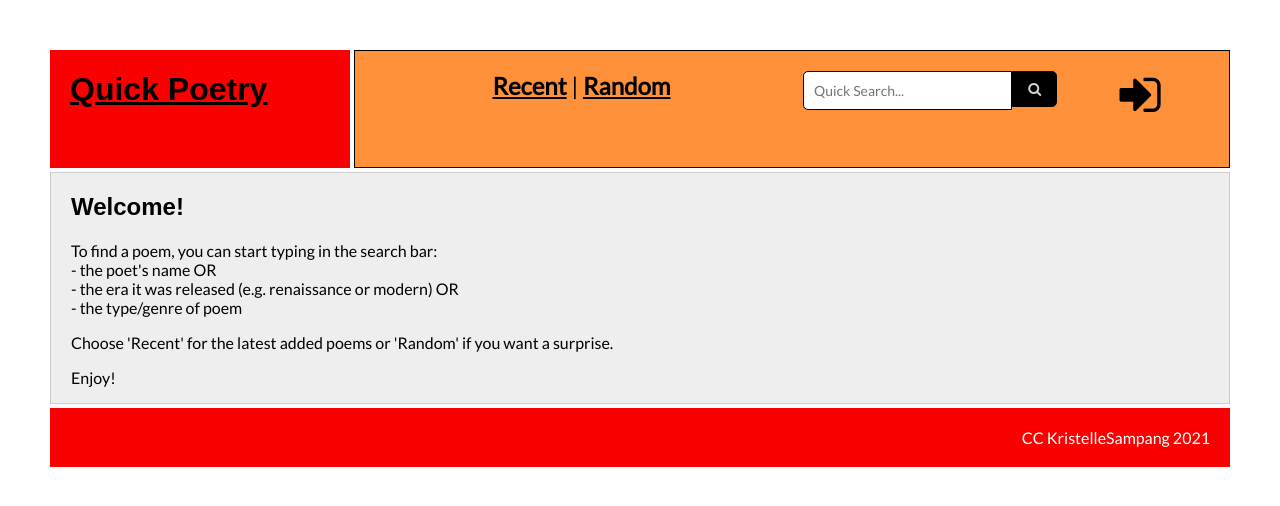
Repository: sampangk71280/Poetry_DB
Page: http://localhost/index.php?page=home
The author's editor kept a copy of each file at every save. The page is drawn from the files as they stood at one save, then again after the next save.
The browser window is 1280 px wide. The pictures show the whole page.
The pointer rests on the first visible `input[type="submit"]`.
Some web fonts or font styles are not loaded; a fallback is used. The page is run by PHP 8.4 with error messages shown; the project is at /var/www/html/.

Above is the page before, as saved 2021-12-07 13:58:56.

### index.php
<!DOCTYPE HTML>

<?php

session_start();
include("config.php");
include("functions.php");

// connect to database
$dbconnect=mysqli_connect(DB_HOST,DB_USERNAME,DB_PASSWORD, DB_NAME);

if(mysqli_connect_errno()){
    echo "Connection failed:".mysqli_connect_error();
    exit;
}

?>


<html lang="en">

<?php include("content/head.php"); ?>

<body>

    <div class="wrapper">

            <?php include("content/heading_navigation.php") ?>

        <div class="box main">

                <?php

                if(!isset($_REQUEST['page'])) {
                    include("content/home.php");
                } // end of if includes home page

                else {
                    // prevents users from navigating through file system
                    $page=preg_replace('/[^0-9a-zA-Z]-/', '', $_REQUEST['page']);
                    include("content/$page.php");

                } // end of else that includes requested content

                ?>

        </div>    <!-- / main -->

        <?php include("content/footer.php"); ?>

    </div>  <!-- / wrapper  -->

</body>

### config.php
<?php

ini_set('display_errors', 'On');  // change to 'Off' when live

define ("DB_NAME","sampangk71280_L3_Poetry");
define ("DB_USERNAME","_sampangk71280");
define ("DB_PASSWORD","QANbMDYSVME7gpyR");
define ("DB_HOST","localhost");

?>

### functions.php
<?php

// function to 'clean' data
function test_input($data) {
	$data = trim($data);
	$data = htmlspecialchars($data); //  needed for correct special character rendering
	return $data;
}


// entity is subject, country, occupation etc
function autocomplete_list($dbconnect, $item_sql, $entity)
{
// Get entity / topic list from database
$all_items_query = mysqli_query($dbconnect, $item_sql);
$all_items_rs = mysqli_fetch_assoc($all_items_query);

// Make item arrays for autocomplete functionality...
while($row=mysqli_fetch_array($all_items_query))
{
  $item=$row[$entity];
  $items[] = $item;
}

$all_items=json_encode($items);
return $all_items;

}


// function to get subject, country & career ID's
function get_ID($dbconnect, $table_name, $column_ID, $column_name, $entity)
{

    if($entity=="")
    {
        return 0;
    }


    // get entity ID if it exists
    $findid_sql = "SELECT * FROM $table_name WHERE $column_name LIKE '$entity'";
    $findid_query = mysqli_query($dbconnect, $findid_sql);
    $findid_rs = mysqli_fetch_assoc($findid_query);
    $findid_count=mysqli_num_rows($findid_query);

    // If subject ID does exists, return it...
    if($findid_count > 0) {
        $find_ID = $findid_rs[$column_ID];
        return $find_ID;
    }   // end if (entity existed, ID returned)


    else {
        $add_entity_sql = "INSERT INTO $table_name ($column_ID, $column_name) VALUES (NULL, '$entity');";
        $add_entity_query = mysqli_query($dbconnect, $add_entity_sql);

    $new_id_sql = "SELECT * FROM $table_name WHERE $column_name LIKE '$entity'";
    $new_id_query = mysqli_query($dbconnect, $new_id_sql);
    $new_id_rs = mysqli_fetch_assoc($new_id_query);

    $new_id = $new_id_rs[$column_ID];

    return $new_id;

    }   // end else (entity added to table and ID returned)

} // end get ID function


function get_rs($dbconnect, $sql)
{
    $find_sql = $sql;
    $find_query = mysqli_query($dbconnect, $find_sql);
    $find_rs = mysqli_fetch_assoc($find_query);

    return $find_rs;
}


function country_job($dbconnect, $entity_1, $entity_2, $label_sg, $label_pl, $table, $entity_ID, $entity_name)
{

    $all_entities = array($entity_1, $entity_2);
    // loop through items and look up their values...

    // Counts # of countries that without ID zero...
    $num_entities = count(array_filter($all_entities));


    if ($num_entities == 1)
    {
    echo "<b>".$label_sg."</b>: ";
    }

    else { echo "<b>".$label_pl."</b>: ";}

    foreach ($all_entities as $entity) {

    $entity_sql = "SELECT * FROM $table WHERE $entity_ID = $entity";
    $entity_query = mysqli_query($dbconnect, $entity_sql);
    $entity_rs = mysqli_fetch_assoc($entity_query);

    if ($entity != 0) {

    ?>


    <span class="author_entity tag"><?php echo $entity_rs[$entity_name]; ?> </span> &nbsp;

    <?php

    } // end entity if

    // break reference with the last element as per the manual
    unset($entity);

    }

}

?>

### content/head.php
<head>
    <meta charset="UTF-8">
    <meta name="description" content="Site featuring poetry from famous authors">
    <meta name="keywords" content="quotes, famous, author, writer, sportsman,
    political activist, sayings, poetry">
    <meta name="author" content="Kristelle Sampang">
    <meta name="viewport" content="width=device-width, initial-scale=1.0">

    <title>Quick Poetry</title>

    <!-- Edit the link below / replace with your chosen google font -->
    <link href="https://fonts.googleapis.com/css?family=Lato%7cUbuntu" rel="stylesheet">

    <!-- Edit the name of your style sheet - 'foo' is not a valid name!! -->
    <link rel="stylesheet" href="theme/quick_poetry.css">
        <link rel="stylesheet" href="theme/font-awesome.min.css">

</head>

### content/heading_navigation.php

        <div class="box banner">


            <h1><a class="heading" href = "index.php?page=home">Quick Poetry</a></h1>
        </div>    <!-- / banner -->

        <!-- Navigation goes here.  Edit BOTH the file name and the link name -->
        <div class="box nav">

            <div class="linkwrapper">
                <div class="commonsearches">
                    <a href="index.php?page=recent">Recent</a> |
                    <a href="index.php?page=random">Random</a>
                </div>  <!-- / common searches -->

                 <div class="topsearch">

                    <!-- Quick Search -->
                    <form method="post" action="index.php?page=quick_search"
                    enctype="multipart/form-data">

                        <input class="search quicksearch" type="text"
                        name="quick_search" width="40" value="" required placeholder="Quick Search..." />

                        <input class="submit" type="submit" name="find_quick" value="&#xf002;" />

                    </form>     <!-- / quick search -->

                </div>  <!-- / top search -->

                <div class="topadmin">

                <?php

                    if (isset($_SESSION['admin'])) {

                    ?>

                    <a href="index.php?page=../admin/new_poem" title="Add a quote"><i class="fa fa-plus fa-2x"></i></a>

                    &nbsp; &nbsp;

                    <a href="index.php?page=../admin/logout" title="Log Out">
                        <i class="fa fa-sign-out fa-2x"></i>
                    </a>

                    <?php
                    } // end user if logged in if

                    else {
                        ?>

                    <a href="index.php?page=../admin/login" title="Log In">
                        <i class="fa fa-sign-in fa-2x"></i>
                    </a>

                    <?php // end of login else
                    }

                    ?>


                </div>  <!-- / top admin -->

            </div>  <!--- / link wrapper -->

        </div>    <!-- / nav -->

### content/home.php
<h2>Welcome!</h2>

            <p>
                To find a poem, you can start typing in the search bar: <br/>
                - the poet's name OR <br/>
                - the era it was released (e.g. renaissance or modern) OR <br/>
                - the type/genre of poem
            </p>

            <p>
                Choose 'Recent' for the latest added poems or 'Random' if you want a surprise.
            </p>

            <p>
                Enjoy!
            </p>

### content/footer.php
<div class="box footer">
            CC KristelleSampang 2021
        </div>    <!-- / footer -->

### theme/quick_poetry.css
body {
    margin: auto;
    padding: 50px;
    color: #000;
    font-family: 'Lato', sans-serif;
}

/* Box (for corners & padding) */
.box {
    padding-left: 20px;
    /* border-radius: 10px; */
    background-color: #ddd;
}


/* Set up grids... specifics */

/*  #### Grid for Main page #### */


.wrapper {
    display: grid;
    grid-template-columns: 300px 1fr;
    grid-template-rows: auto;
    grid-template-areas:
        "banner nav"
        "main main"
        "footer footer";
        grid-gap: 4px;

}
@media only screen and (max-width: 1100px){
    .wrapper{
    grid-template-columns: auto;
    grid-template-rows: auto;
    grid-template-areas:
        "banner"
        "nav"
        "main"
        "footer";
    }
}
.banner {
    grid-area: banner;
}

.nav {
    grid-area: nav;
    background-color: #ff913a;  /* orange  */
    font-size: 150%;
    padding: 20px;
    vertical-align: middle;
    border: solid 1px;
}

.main {
    grid-area: main;
    background-color: #eee;  /* very pale grey */
    border: solid 1px #CCC;
}


.footer {
    grid-area: footer;
    text-align: right;
    padding: 20px;
}

/*  #### Grid for Navigation area page #### */

.linkwrapper {
    display: grid;
    grid-template-columns: 3fr 2fr 1fr;
    grid-template-areas:
        "commonsearches topsearch topadmin";
    grid-gap: 4px;
}


.commonsearches {
    grid-area: commonsearches;
    text-align: center;
}

.topsearch {
    grid-area: topsearch;
    text-align: right;
    width: 80%;
}

.topadmin {
    grid-area: topadmin;
    text-align: center;
}

/* Make navigation responsive */

@media only screen and (max-width: 800px){
    .linkwrapper{
        grid-template-columns: auto;
        grid-template-rows: auto;
        grid-template-areas:
            "commonsearches commonsearches"
            "topsearch topadmim";
    }

    .commonsearches{
        text-align: left;
    }

    .topsearch{
        text-align: left;
    }

    .topadmin {
        text-align: right;
    }
}

/* ### Additional div styling (put colours / corners here) */


/* Area colouring... */

/* logo, banner and footer background are the same */
.banner, .footer {
    background-color: #fb0000;  /* bold red */
}

/* Set font on dark areas to white */
.logo, .banner, .side, .footer {
    color: #fff;
}

/* #### Links Styling  #### */

/* Navigation Links */
a.topnav {font-weight: bold;}
a.topnav:link, a.topnav:visited {color: #007c72;} /*dark teal */
a.topnav:hover {color: #707a00; text-decoration: none;}


/* links in page */
a {font-weight: bold;}
a:link{color: #000;} /* white */
a:visited{color: rgb(73, 73, 73);} /* black */
a:hover{color: white;}

/* #### Headings / text styling #### */
h1, h2, h3, h4 {
    font-family: 'Ubuntu', sans-serif;
}

h5 {
    font-family: 'Ubuntu', sans-serif;
    font-weight: bold;
    font-size: 16px;
}

.sub_heading {
    font-family: 'Ubuntu', sans-serif;
    color: #593849; /* purple */
    font-weight: bold;
}

/* ### Form / Search  Styling #### */

form {
    width: 100%;
    float: left;
}

.search {
    background:#fff;
    width: 75%;
}

.submit::-moz-focus-inner {
    border: 0;
    position: relative;
}


.submit {
    font-family: FontAwesome, 'Helvetica Neue', Helvetica, Arial, sans-serif;
    position:relative;
    width: 45px;
    font-size: 14px;

    left: 45px;
    top: -40px;

    background-color: #636263;
    color:#d6d3d7;
    border: 1px solid #000;
    border-radius: 0 5px 5px 0;
    display: inline-block;
    padding: 10px;
}


input[type="submit"]:hover {
    background-color: #000;
}


input {
    font-size: 14px;
    padding: 10px;
    display: inline-block;
    border: 1px solid #000;
    box-sizing: border-box;
}


.quicksearch {
    border-radius: 5px 0 0 5px;
    display: inline-block;
    position: relative;
}

/* ### Results styling, includes 'tags' button ### */
.results{
    background-color:#D2D2D2;
    border: solid 1px #000;
    padding: 10px;

    margin-right: 20px;
    border-radius: 20px;
}

.tag{
    background-color: #ff913a ;  /* orange like heading*/
    padding: 5px;
    padding-left: 10px;
    padding-right: 10px;
    border: solid 1px #000;
    border-radius: 5px;
}
.authortag{
    background-color: #FFA660; /* orange */
    padding: 5px;
    padding-left: 10px;
    padding-right: 10px;
    border: solid 1px #000;
    border-radius: 5px;
}

.deletetag{
    background-color: #FFA660 ;
    padding: 5px;
    padding-left: 10px;
    padding-right: 10px;
    border: solid 1px #000;
    border-radius: 5px;
}

.deletetagno{
    background-color: #ff4646 ;
    padding: 5px;
    padding-left: 10px;
    padding-right: 10px;
    border: solid 1px #000;
    border-radius: 5px;
}

.about{
    background: #FFEC00; /* yellow */
    border: solid 1px #E9D800; /* yellow but slightly darker*/
    padding: 10px;
    border-radius: 10px;
    margin-right: 20px;
}

.error{
    background-color:  #ffcece;
    color: #721a1a;
    border-radius: 10px;
    padding: 10px;
    border: solid 1px #721a1a;

}

/* editing tools formatting */
.edit-tools {
    text-align: right;
    padding-right: 20px;
}

/* Form Formatting css */

/* make height of drop downs slightly larger */
select {
    height: 40px;
    padding: 5px;
}

/* controls input field on autocomplete boxes (pink for error,
white for OK) */

input.tag-error[type=text]{
    background-color: #ff9e9e;
}

input.tag-ok[type=text]{
    background-color: #fff;

}

/* field backgrounds */
.form-ok{
    background-color: #fff;

}

.form-error{
    background-color: #ff9e9e;
}

/* error messages */
.no-error {
    display: none;
}

.error-text{
    color: darkred;
}

textarea,
input[type=text] {
    font-family: 'Lato', sans-serif;
    padding: 10px;
    border-width: 1px;
    margin: auto;
    width: 95%;
}

.add-field {
    width: 95%;
}

textarea {
    width: 90%;
    max-width: 700px;
}

Loaded but not shown: theme/font-awesome.min.css (library)

After the next save:
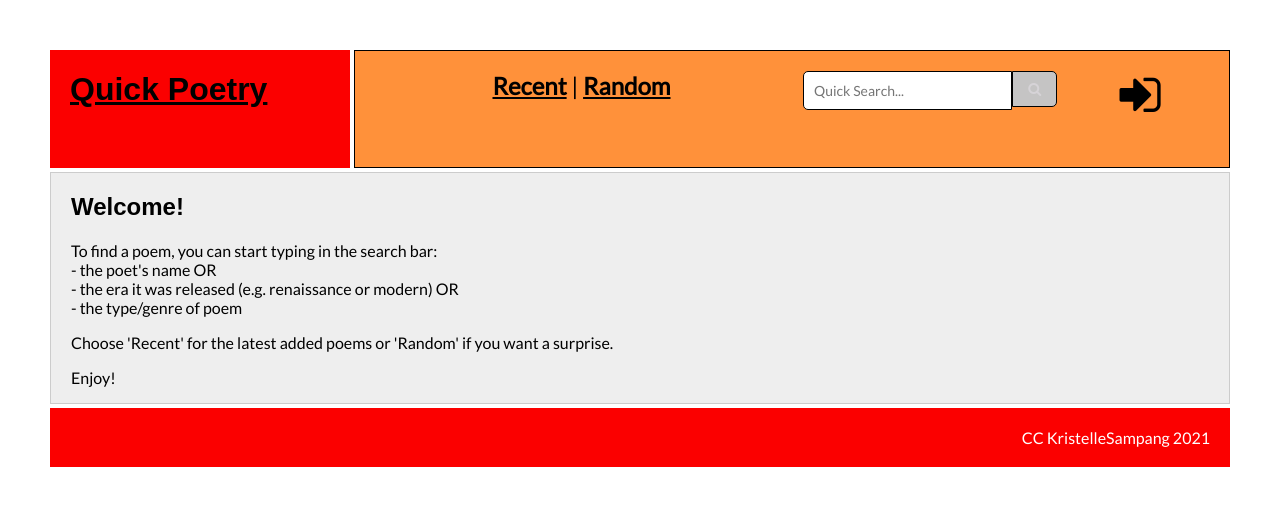
Saved 11 min 3 s later.
--- a/theme/quick_poetry.css
+++ b/theme/quick_poetry.css
@@ -200,7 +200,7 @@ form {
 
 
 input[type="submit"]:hover {
-    background-color: #000;
+    background-color: rgb(197, 196, 196);
 }
 
 
